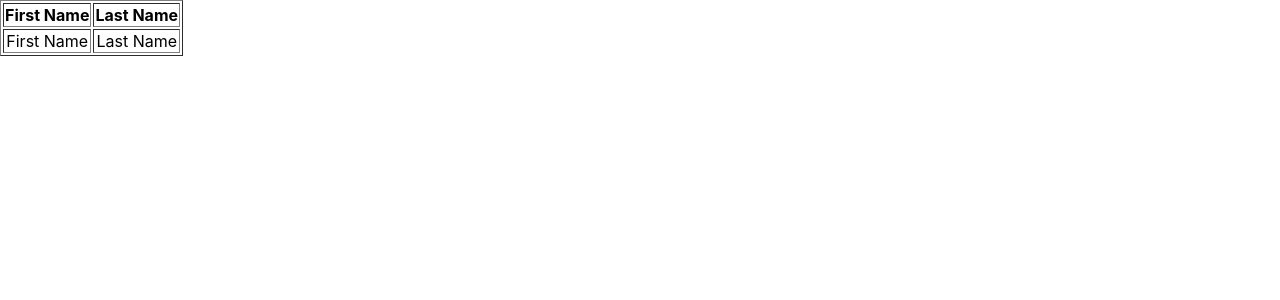
Repository: Green-Technologies-Angular/React-js
Page: /
An editor plug-in stored every save of this project. The page is shown before and after the next save, followed by the edit.
The browser window is 1280 px wide. The pictures show the whole page.
The project was rebuilt for these pictures with package versions that can differ from the ones it lists, and the page was loaded fresh each time.

Above is the page before, as saved 2019-03-18 09:52:58.

### public/index.html
<!DOCTYPE html>
<html lang="en">
  <head>
    <meta charset="utf-8" />
    <link rel="shortcut icon" href="%PUBLIC_URL%/favicon.ico" />
    <meta
      name="viewport"
      content="width=device-width, initial-scale=1, shrink-to-fit=no"
    />
    <meta name="theme-color" content="#000000" />
    <!--
      manifest.json provides metadata used when your web app is installed on a
      user's mobile device or desktop. See https://developers.google.com/web/fundamentals/web-app-manifest/
    -->
    <link rel="manifest" href="%PUBLIC_URL%/manifest.json" />
    <!--
      Notice the use of %PUBLIC_URL% in the tags above.
      It will be replaced with the URL of the `public` folder during the build.
      Only files inside the `public` folder can be referenced from the HTML.

      Unlike "/favicon.ico" or "favicon.ico", "%PUBLIC_URL%/favicon.ico" will
      work correctly both with client-side routing and a non-root public URL.
      Learn how to configure a non-root public URL by running `npm run build`.
    -->
    <title>React App</title>
  </head>
  <body>
    <noscript>You need to enable JavaScript to run this app.</noscript>
    <div id="root">

    </div>
    <!--
      This HTML file is a template.
      If you open it directly in the browser, you will see an empty page.

      You can add webfonts, meta tags, or analytics to this file.
      The build step will place the bundled scripts into the <body> tag.

      To begin the development, run `npm start` or `yarn start`.
      To create a production bundle, use `npm run build` or `yarn build`.
    -->
  </body>
</html>

### src/App.js
import React, { Component } from 'react';
import logo from './logo.svg';
import './App.css';

class App extends Component {
  constructor(props){
    super(props);
    this.state = {
      firstName : "Tamil",
      lastName : "Mani"
    }
  }
  render() {
    return (
      <div className="App">
        <table border="1">
          <thead>
            <tr>
              <th>
                First Name
              </th>
              <th>
                Last Name
              </th>
            </tr>
          </thead>
          <tbody>
            <tr>
              <td>
                First Name
              </td>
              <td>
                Last Name
              </td>
            </tr>
          </tbody>
        </table>
      </div>
    );
  }
}

export default App;

Loaded but not shown: src/index.js (common file); src/index.css (common file); src/serviceWorker.js (common file); src/App.css (common file)

After the next save:
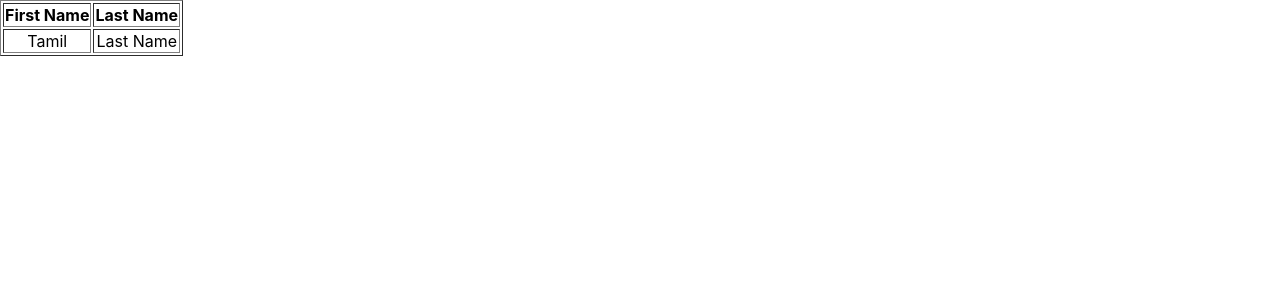
Saved 41 s later.
--- a/src/App.js
+++ b/src/App.js
@@ -27,7 +27,7 @@ class App extends Component {
           <tbody>
             <tr>
               <td>
-                First Name
+                {this.state.firstName}
               </td>
               <td>
                 Last Name
